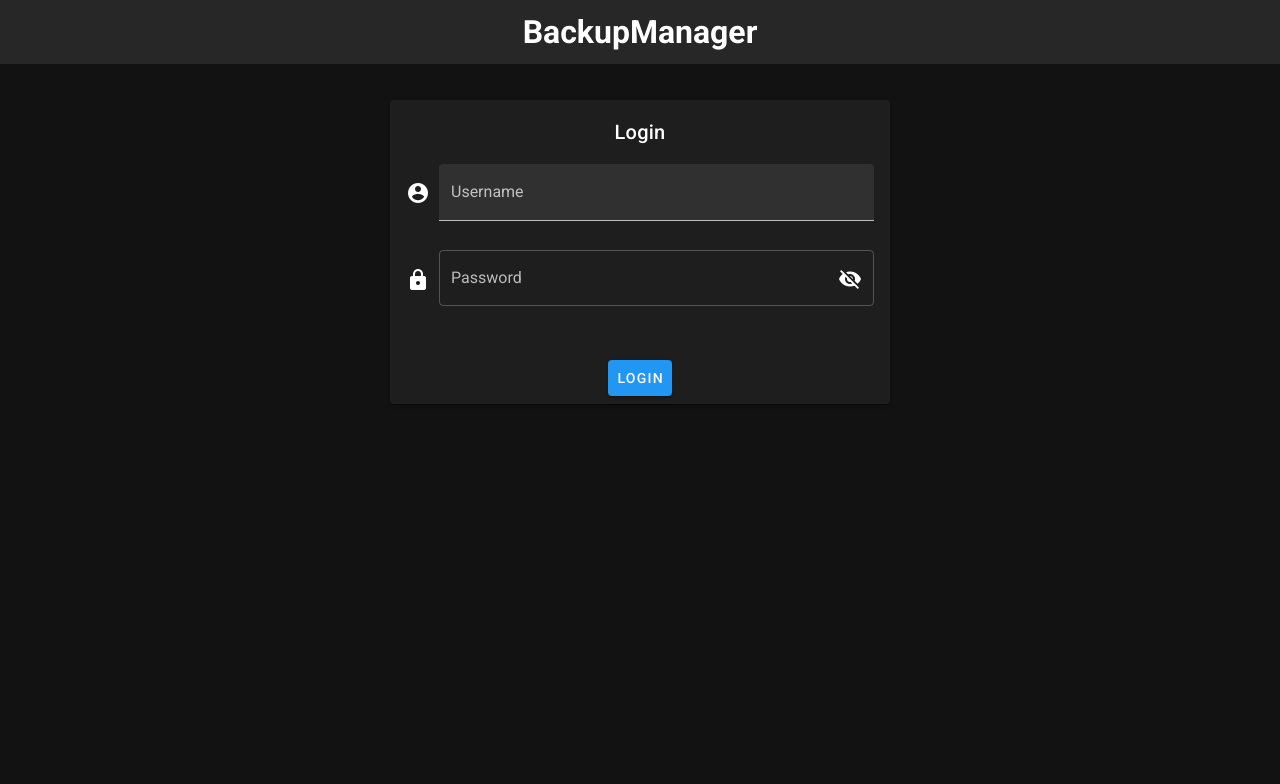
Repository: Erik966/Backup-Manager-Frontend
Page: /
An editor plug-in stored every save of this project. The page is shown before and after a run of saves, followed by the edit.
The browser window is 1280 px wide. The pictures show the whole page.
The project was rebuilt for these pictures with package versions that can differ from the ones it lists, and the page was loaded fresh each time. Also part of the build but not shown: vue.config.js, src/components/Navigation.vue, src/views/secure.vue, src/components/Settings.vue, src/views/settings.vue.

Above is the page before, as saved 2023-01-17 00:46:49.

After the next 2 saves:
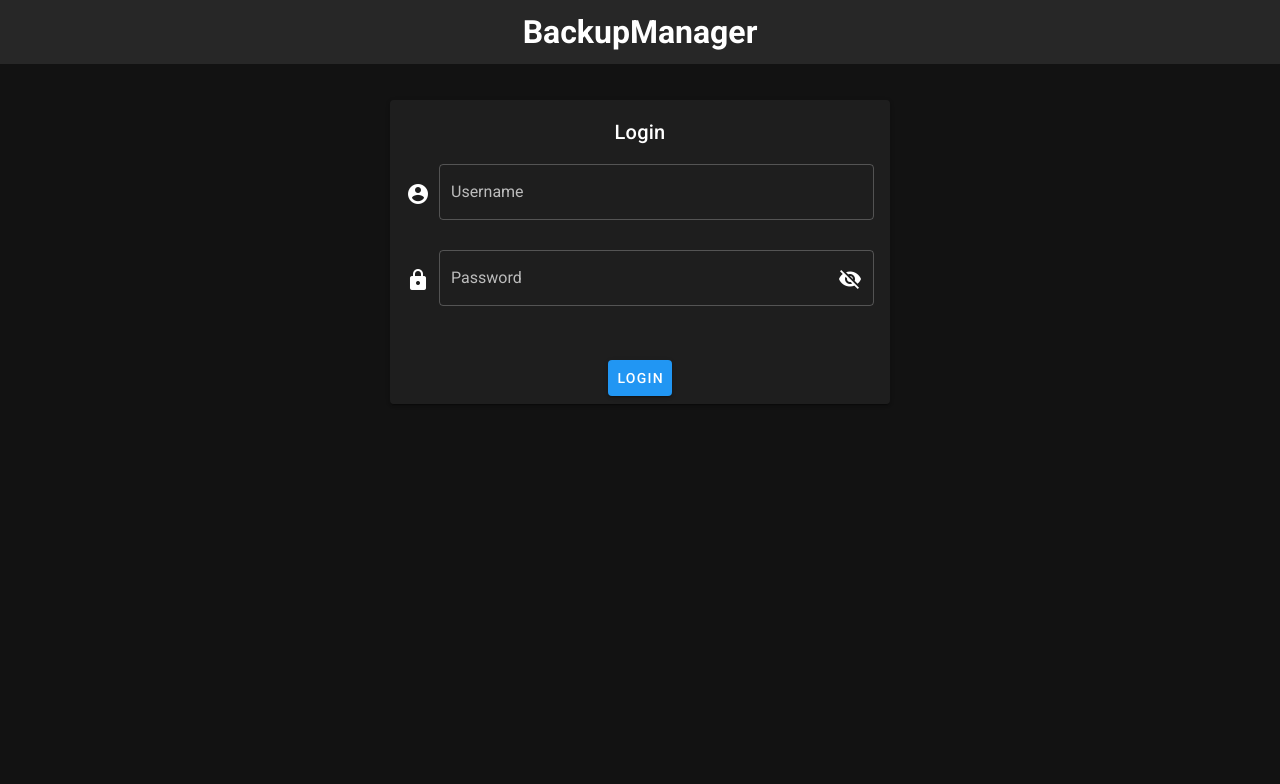
The 2 saves are shown as one change because they came seconds apart.
The last was saved 10 s later.
--- a/src/components/Login.vue
+++ b/src/components/Login.vue
@@ -13,7 +13,7 @@
         <v-card-title class="justify-center">Login</v-card-title>
 
         <v-card-text>
-          <v-text-field  filled v-model="username" label="Username" prepend-icon="mdi-account-circle"/>
+          <v-text-field outlined v-model="username" label="Username" prepend-icon="mdi-account-circle"/>
           <v-text-field
           outlined
           v-model="password"
